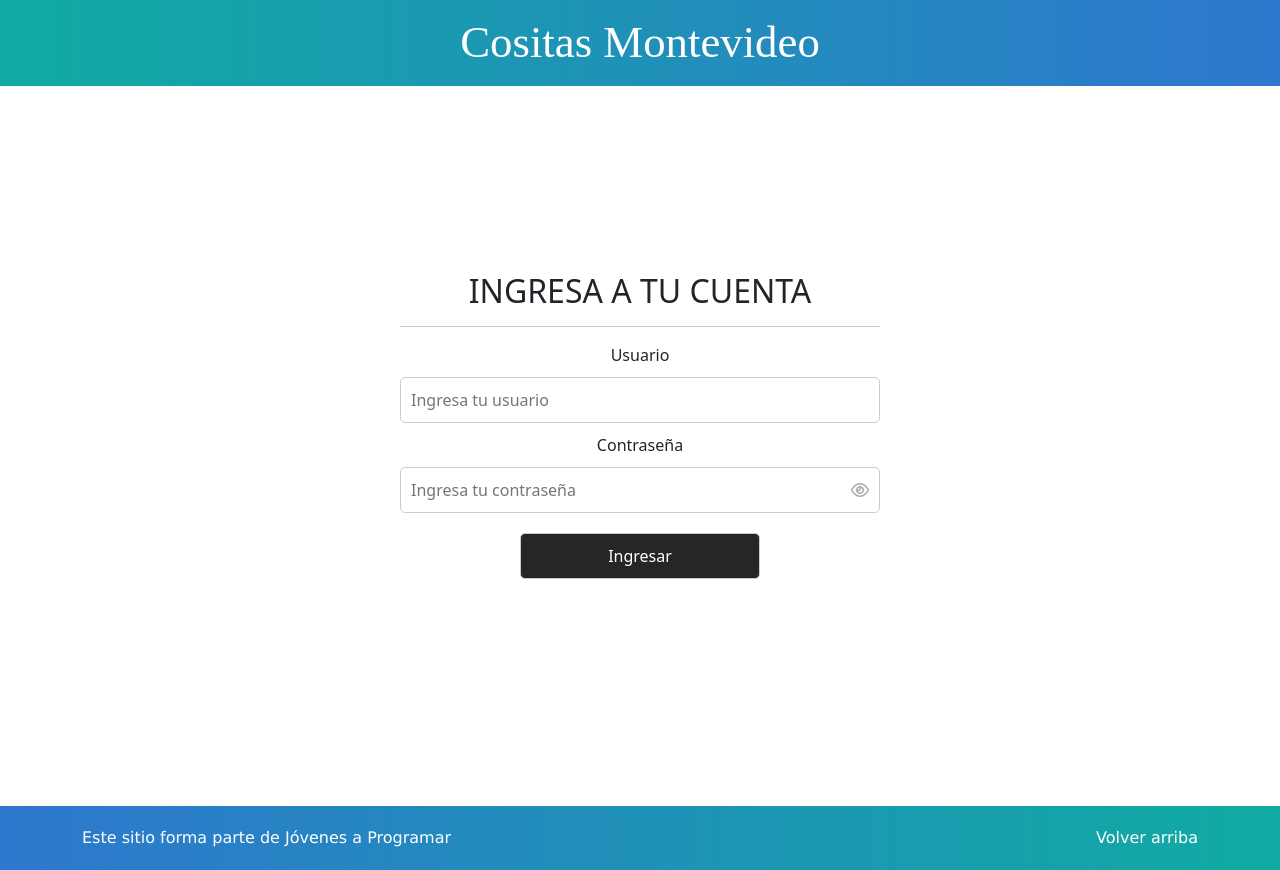
Repository: naticab/proyecto-dw
Page: login.html
These files come from the project's save history. The page is drawn as it stood at one moment and after the next save; the edit follows.
The browser window is 1280 px wide. The pictures show the whole page.
Some web fonts or font styles are not loaded; a fallback is used.

Above is the page before, as saved 2024-10-22 21:56:05.

### login.html
<!DOCTYPE html>
<html lang="es">

<head>
  <meta charset="UTF-8">
  <meta name="viewport" content="width=device-width, initial-scale=1, shrink-to-fit=no">
  <title>eMercado - Todo lo que busques está aquí</title>

  <link href="https://fonts.googleapis.com/css?family=Raleway:300,300i,400,400i,700,700i,900,900i" rel="stylesheet">
  <link href="css/bootstrap.min.css" rel="stylesheet">
  <link href="https://cdn.jsdelivr.net/npm/bootstrap@5.3.0/dist/css/bootstrap.min.css" rel="stylesheet">
  <link href="https://cdn.jsdelivr.net/npm/@fortawesome/fontawesome-free/css/all.min.css" rel="stylesheet">
  <link href="css/styles.css" rel="stylesheet" type="text/css">
  <link rel="stylesheet" href="css/login.css" type="text/css">
  <link href="css/header-and-footer.css" rel="stylesheet">
  <link href="https://fonts.googleapis.com/css2?family=Love+Ya+Like+A+Sister&display=swap" rel="stylesheet">
</head>

<body>

  <header>
    <div class="header-container">
        <h1>Cositas Montevideo</h1>
    </div>
</header>


  <main>
    <div class="login-container">
      <h2 id="login-heading">INGRESA A TU CUENTA</h2>
      <hr>
      <label for="username">Usuario</label>
      <input type="text" id="username" name="username" placeholder="Ingresa tu usuario">

      <label for="password">Contraseña</label>
      <div class="password-container">
        <input type="password" id="password" name="password" placeholder="Ingresa tu contraseña">
        <i class="far fa-eye" id="togglePassword"></i>
      </div>

      <button type="submit" id="button">Ingresar</button>
    </div>
  </main>

  <footer class="text-center py-2">
    <div class="container">
      <div class="footer-content">
        <p class="footer-text">Este sitio forma parte de <a class="footer-link" href="https://jovenesaprogramar.edu.uy/"
            target="_blank">Jóvenes a Programar</a></p>
        <p class="footer-link-end">
          <a class="footer-link" href="#">Volver arriba</a>
        </p>
      </div>
    </div>
  </footer>

  <script src="js/login.js"></script>
</body>

</html>

### css/styles.css
.jumbotron,
.card-body,
.container,
.site-header {
  font-family: 'Verdana', serif !important;
}

.row {
  color: black;
}

#login-heading {
  font-size: 2rem;
}

.jumbotron .display-4 {
  font-weight: bold;
}

h2 {
  font-size: 2rem;
}

nav a {
  text-decoration: none;
}

.bd-placeholder-img {
  font-size: 1.125rem;
  text-anchor: middle;
  -webkit-user-select: none;
  -moz-user-select: none;
  -ms-user-select: none;
  user-select: none;
}

@media (min-width: 768px) {
  .bd-placeholder-img-lg {
    font-size: 3.5rem;
  }
}

.jumbotron {
  height: 50vh;
  padding: 5em inherit;
  margin-bottom: 0;
  background-color: #53C0FB;
  background: url('../img/cover_back.png');
  background-size: cover;
  background-position: center;
  background-repeat: no-repeat;
  color: black;
  font-weight: bold;
}

@media (min-width: 768px) {
  .jumbotron {
    padding-top: 6rem;
    padding-bottom: 6rem;
  }
}

.jumbotron p:last-child {
  margin-bottom: 0;
}

.jumbotron-heading {
  font-weight: 300;
}

.jumbotron .container {
  max-width: 40rem;
  background-color: rgba(255, 255, 255, 0.5);
  border-radius: 10px;
  text-shadow: 1px 1px 2px grey;
}

.jumbotron .lead {
  font-size: 38px;
}

.dropzone {
  border: 2px dashed #0087F7;
  border-radius: 5px;
  background: white;
}

.img-fit {
  max-height: 100%;
}

.alert {
  position: fixed;
  top: 80px;
  width: 50%;
  left: 50%;
  transform: translate(-50%, 0);
}

.lds-ring {
  display: inline-block;
  position: relative;
  width: 64px;
  height: 64px;
  top: 50%;
  left: 50%;
}

.cursor-active {
  cursor: pointer;
}

.left {
  float: left;
  padding: 4px;
  background-color: rgba(255, 255, 255, 0.5);
}

.lds-ring div {
  box-sizing: border-box;
  display: block;
  position: absolute;
  width: 51px;
  height: 51px;
  margin: 6px;
  border: 6px solid #fff;
  border-radius: 50%;
  animation: lds-ring 1.2s cubic-bezier(0.5, 0, 0.5, 1) infinite;
  border-color: #fff transparent transparent transparent;
}

.lds-ring div:nth-child(1) {
  animation-delay: -0.45s;
}

.lds-ring div:nth-child(2) {
  animation-delay: -0.3s;
}

.lds-ring div:nth-child(3) {
  animation-delay: -0.15s;
}

@keyframes lds-ring {
  0% {
    transform: rotate(0deg);
  }

  100% {
    transform: rotate(360deg);
  }
}

.signin {
  width: 100%;
  max-width: 330px;
  padding: 15px;
  margin: auto;
}

#spinner-wrapper {
  position: fixed;
  background-color: rgba(0, 0, 0, 0.5);
  width: 100%;
  height: 100%;
  top: 0;
  left: 0;
  z-index: 1021;
  display: none;
}

main {
  min-height: calc(100vh - 210px);
}

a.custom-card,
a.custom-card:hover {
  color: inherit;
  text-decoration: inherit;
}

.checked {
  color: orange;
}

### css/login.css
body {
    display: flex;
    flex-direction: column;
    height: 100vh; /* Asegura que el body ocupe toda la altura de la ventana */
    margin: 0;
    padding: 0;
}

main {
    display: flex;
    justify-content: center;
    align-items: center;
}


.login-container {
    width: 30em;
    text-align: center;
}

input, button {
    width: 100%;
    padding: 10px;
    margin: 10px 0;
    border-radius: 5px;
    border: 1px solid #ccc;
}

button {
    width: 50%;
    background-color: #252628;
    color: white;
    cursor: pointer;
}

button:hover {
    background-color: #3f3f3f;
}


.password-container {
    position: relative;
}

.password-container i {
    position: absolute;
    right: 10px;
    top: 50%;
    transform: translateY(-50%);
    cursor: pointer;
    color: #aaa;
}


header {
    background: #121219;
    color: #fff;
    width: 100%;
    display: flex;
    justify-content: center;
    align-items: center;
    padding: 1rem 0;
    box-sizing: border-box; /* Asegúrate de que el padding no afecte el ancho total */
    margin: 0;
}

.header-container {
    width: 100%;
    text-align: center;
}

h1 {
    font-family: "Love Ya Like A Sister", cursive;
    margin: 0;
}



@media (max-width: 768px) {
    .login-container {
        width: 25em;
    }
}

@media (max-width: 576px) {

    body {
        background-color: #AAA8A4;
    }

    .login-container {
        width: 20em;
        padding: 15px;
    }

    button {
        width: 50%;
    }

    input {
        margin: 5px 0;
    }

    footer {
        visibility: hidden;
    }
}

### css/header-and-footer.css
header {
    background: linear-gradient(to right, #10ABA2, #2E77CE);
    color: #fff;
    position: relative;
}

h1 {
    font-family: "Love Ya Like A Sister", cursive;
    font-size: 2.8rem;
}

a#inicio {
    color: #f1f1f1;
    text-decoration: none;
}

a#inicio:hover {
    color: white;
    transition: color 0.3s, text-shadow 0.3s;
}

.subtitulos-header {
    font-size: 1.2rem;
}

a.nav-link {
    color: #f1f1f1;
}

a.nav-link:hover {
    color: #9b9a9b;
    transition: color 0.3s, text-shadow 0.3s;
    transform: scale(1.05);
}

/* Espaciado entre los elementos del menú */
.navbar-nav .nav-item {
    margin-right: 40px;
}

.navbar-nav .nav-item:last-child {
    margin-right: 0;
    /* Quitar margen derecho al último elemento */
}

#user-name.nav-link {
    color: #f1f1f1;
}

#user-name.nav-link:hover {
    color: #9b9a9b;
    transform: scale(1.05);
    transition: color 0.3s, text-shadow 0.3s;
}

.navbar-collapse {
    justify-content: flex-end;
}

.navbar-toggler:hover {
    cursor: pointer;
}


.user-avatar {
    border-radius: 50%;
    width: 50px;
    height: 50px;
}

.user-avatar:hover {
    transform: scale(1.10);
    transition: 0.3s;
}

.navbar-nav .dropdown-menu {
    background: linear-gradient(to right, #10ABA2, #2E77CE);
    border: none;
}

.navbar-nav .dropdown-menu:hover {
    cursor: pointer;
    color: #9b9a9b;
    transition: color 0.3s, text-shadow 0.3s;
}

.dropdown-toggle::after {
    display: none;
}

.navbar-nav .nav-link {
    display: flex;
    align-items: center;
    height: 100%;
    padding: 0.5rem 0;
}



/* Modo Claroscuro */

/* Modo Claro */
body.light-mode {
    background-color: #edf2f374;
}

body.light-mode .product-card:hover {
    box-shadow: 0 4px 8px #16161633;
    background-color: #bef3ff91;
    cursor: pointer;
}

body.light-mode .related-products:hover {
    box-shadow: #00000033;
    background-color: #bef3ff91;
    cursor: pointer;
}



/* Modo Oscuro */
body.dark-mode {
    background-color: #262729;
    color: rgb(208, 208, 208);
}

body.dark-mode .product-card:hover {
    box-shadow: 0 4px 8px #16161633;
    background-color: #bef3ff;
    cursor: pointer;
}

body.dark-mode .related-products:hover {
    box-shadow: #00000033;
    background-color: #bef3ff;
    cursor: pointer;
}

body.dark-mode .color-letters {
    color: white;
}


/* Palanca para activar el claroscuro */

#mode-toggle {
    border: none;
    outline: none;
    box-shadow: none;
}

#mode-toggle i {
    transition: color 0.3s;
    font-size: 1.2rem;
    cursor: pointer;
    color: #ffffff;
}

#mode-toggle:hover {
    background: none;
    transform: scale(1.05);
}

#mode-toggle:hover .fa-sun {
    color: #ffd700;
}

#mode-toggle:hover .fa-moon {
    color: #000000;
}



/* Cart */

#cart-button {
    border: none;
    outline: none;
    box-shadow: none;
    background-color: transparent;
}

#cart-button i {
    transition: color 0.3s;
    font-size: 1.2rem;
    color: #ffffff;
}

#cart-button i:hover {
    color: #9B9A9B;
    transform: scale(1.05);
}




@media (max-width: 995px) {

    .hamburger {
        display: flex;
        flex-direction: row;
        align-items: center;
        justify-content: space-between;
    }

    .navbar-toggler {
        position: relative;
        right: 0;
    }

    .navbar-collapse {
        display: none;
        position: absolute;
        top: 148%;
        left: -45px;
        width: 270%;
        z-index: 999;
        flex-direction: column-reverse;
        align-items: center;
        justify-content: center;
    }

    .navbar-collapse.show {
        display: flex;
    }

    .navbar-nav {
        background: linear-gradient(to right, #10ABA2, #2E77CE);
        color: #fff;
        padding: 1.5rem;
        border-radius: 0 0 100px 100px;
        font-weight: bold;
        text-align: center;
        display: flex;
        justify-content: center;
        /* Centra horizontalmente todos los li */
        align-items: center;
        /* Centra verticalmente los li */
        width: 100%;
    }

    .navbar-toggler-icon {
        background-image: url('data:[embedded picture, 238 characters]');
        filter: brightness(0) invert(1);
        /* Cambia el icono a blanco */
    }

    .navbar-toggler:focus {
        outline: none;
        box-shadow: none;
    }


    .navbar-nav:hover {
        cursor: pointer;
    }

    a.nav-link:hover {
        color: #9b9a9b;
        transition: color 0.3s, text-shadow 0.3s;
        transform: scale(1.05);
    }

    .navbar-nav .nav-item {
        margin: 10px 0;
    }
}


footer {
    background: linear-gradient(to right, #2E77CE, #10ABA2);
    color: #fff;
    min-height: 4rem;
    display: flex;
    justify-content: center;
    align-items: center;
    padding: 0 1rem;
}

.container {
    width: 100%;
}

.footer-content {
    display: flex;
    justify-content: space-between;
    width: 100%;
    align-items: center;
}

.footer-text {
    margin: 0;
    text-align: center;
}

.footer-link-end {
    margin: 0;
    text-align: right;
}

.footer-link {
    color: #fff;
    text-decoration: none;
}

.footer-link:hover {
    color: #9b9a9b;
    transition: color 0.3s, text-shadow 0.3s;
    transform: scale(1.05);
}


/* Menú desplegable del usuario */

@media (max-width: 995px) {
    .navbar-nav .dropdown-menu {
        width: auto;
        min-width: 150px;
        max-width: 200px;
        left: 0;
        right: auto;
        top: 100%;
        position: relative;
        z-index: 1000;
    }

    .dropdown-menu>li {
        padding: 0.05rem;

    }

    .dropdown-item {
        width: 100%;
        white-space: normal;
    }
}

main {
    min-height: 100vh;
    /* El contenido ocupará al menos el 100% de la altura de la ventana */
    padding-bottom: 30px;
    /* Da espacio suficiente para que el contenido no se superponga con el footer */
    box-sizing: border-box;
}

### js/login.js
document.getElementById('togglePassword').addEventListener('click', function () {
    const passwordField = document.getElementById('password');
    const type = passwordField.getAttribute('type') === 'password' ? 'text' : 'password';
    passwordField.setAttribute('type', type);

    this.classList.toggle('fa-eye-slash');
});

Loaded but not shown: css/bootstrap.min.css (library)

After the next save:
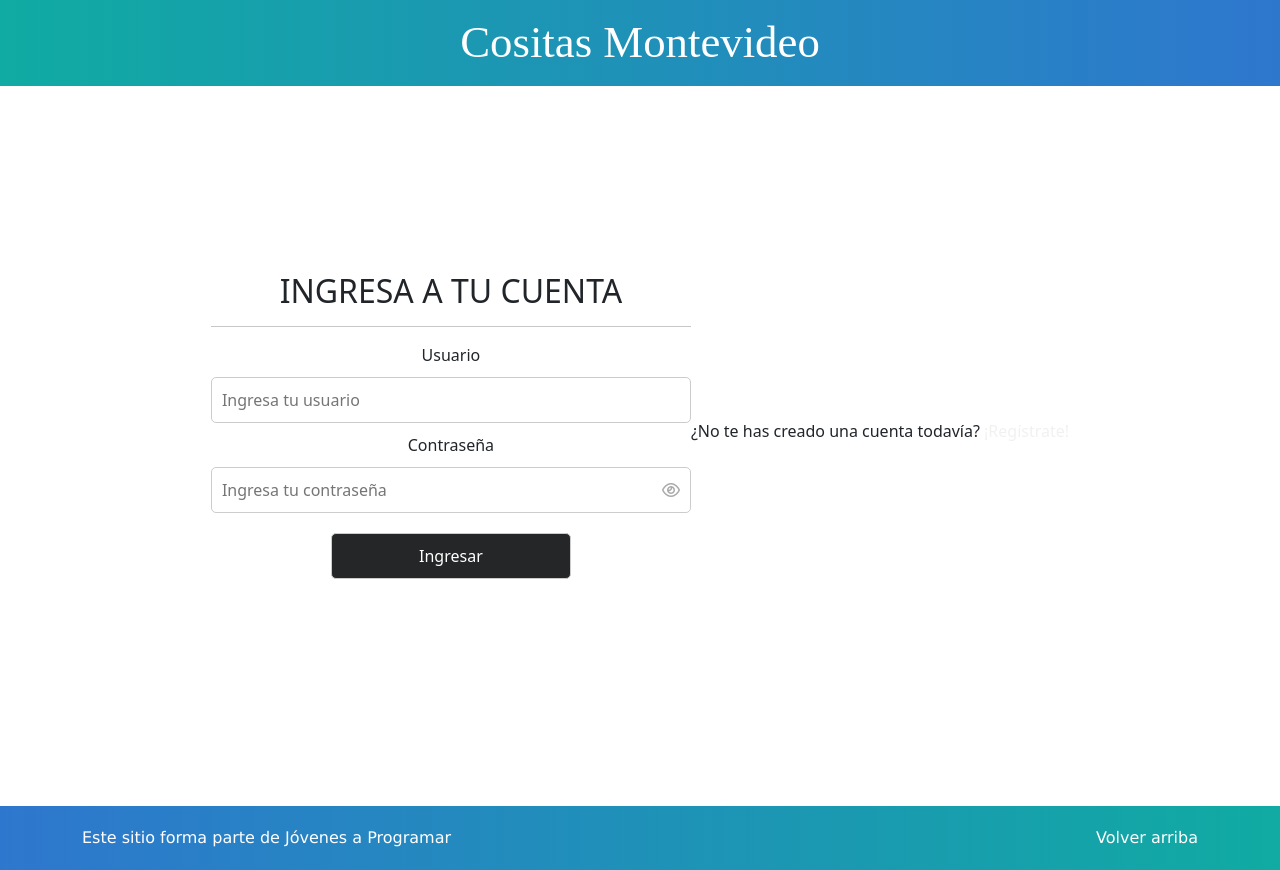
Saved 5 min 52 s later.
--- a/login.html
+++ b/login.html
@@ -40,6 +40,11 @@
 
       <button type="submit" id="button">Ingresar</button>
     </div>
+
+
+
+      <div>¿No te has creado una cuenta todavía? <a id="inicio" href="registration.html">¡Regístrate!</a></div>
+
   </main>
 
   <footer class="text-center py-2">
